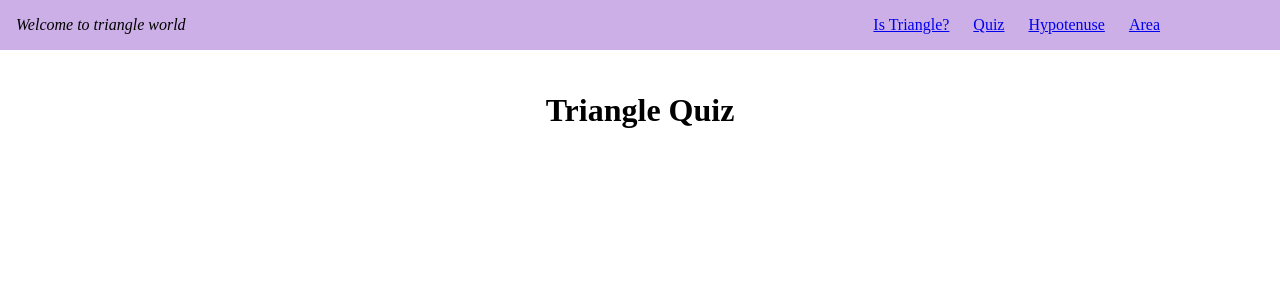
Repository: patelamancode/Fun-with-trianles
Page: quiz.html
An editor plug-in stored every save of this project. The page is shown before and after the next save, followed by the edit.
The browser window is 1280 px wide. The pictures show the whole page.

Above is the page before, as saved 2022-11-28 18:36:36.
Console error: TypeError: Cannot read properties of null (reading 'addEventListener')

### quiz.html
<!DOCTYPE html>
<html lang="en">
<head>
    <meta charset="UTF-8">
    <meta http-equiv="X-UA-Compatible" content="IE=edge">
    <meta name="viewport" content="width=device-width, initial-scale=1.0">
    <link rel="stylesheet" href="index.css">
    <title>Quiz-page</title>
</head>
<body>
    <nav id="navbar">
        <p id="nav-title">Welcome to triangle world</p>
        <div id="nav-links">
            <a href="index.html" id="Is-triangle">Is Triangle?</a>
            <a href="quiz.html" id="Is-triangle">Quiz</a>
            <a href="hypotenuse.html" id="hypo">Hypotenuse</a>
            <a href="area.html" id="area">Area</a>
        </div>
    </nav>
    <div id="main-container">
        <h1>Triangle Quiz</h1>
        <form action="">

        </form>
    </div>
    <script src="index.js"></script>
</body>
</html>

### index.css
* {
  margin: 0;
  padding: 0;
}

#navbar {
  background-color: rgba(143, 82, 201, 0.459);
  display: flex;
  flex-direction: row;
  justify-content: space-between;
  padding: 1rem;
}
#nav-title {
  font-style: italic;
  font-weight: 300;
  font-size: medium;
}
#nav-links {
  display: flex;
  flex-direction: row;
  justify-content: space-around;
  margin-right: 5rem;
}

#nav-links a {
    display: flex;
    margin-right: 1.5rem;
    cursor: pointer;
}

#main-container {
  display: flex;
  flex-direction: column;
  width: 40vw;
  margin: auto;
  margin-top: 2rem;
  padding: 10px;
  text-align: center;
}

.app-title {
  margin: 2rem 0 0 0;
}

#error-check-for-angles{
  background-color: yellow;
  display: none;
  padding: 0.5rem;
}

label {
  margin-top: 2rem;
  margin-bottom: 0.3rem;
  text-align: left;
  font-family: monospace;
}
input {
  border: 2px solid rgb(134, 55, 207);
  border-radius: 5px;
  padding: 5px;
}
#check-btn {
  margin: auto;
  text-align: center;
  margin-top: 2rem;
  width: 40%;
  padding: 5px 0px;
  background-color: rgba(143, 82, 201, 0.521);
  border: 1px solid;
  border-radius: 5px;
}
#result-display {
    display: none;
    padding-top: 1rem;
    font-style: italic;
    margin: auto;
  }

### index.js
const angle1 = document.querySelector('#angle1-input');
const angle2 = document.querySelector('#angle2-input');
const angle3 = document.querySelector('#angle3-input');
const button = document.querySelector('#check-btn');
const output = document.querySelector('#result-display');
const errorForInputs = document.querySelector('#error-check-for-angles');

// function errorForInputs(msg){
//     errorForInputs.style.display = "flex";
//     errorForInputs.innerText = msg;
// }
function showOutputMessage(msg){
    output.style.display = "flex";
    output.innerText = msg;
}
// For Is triangle :
function calculateSumOfAngles(input1,input2,input3){
    const sumOfAngles = input1 +input2 +input3;
    if(sumOfAngles === 180){
        showOutputMessage("Yeah..🤗This is a triangle");
    }else {
        showOutputMessage("Please enter some valid inputs to form a triangle 🤪");
    }
}
function isTriangle(){
    var num1 = Number(angle1.value);
    var num2 = Number(angle2.value);
    var num3 = Number(angle3.value);
    if(!num1 || !num2 || !num3){
        console.log("Please make sure about all inputs as per mention format");
    }else {
        calculateSumOfAngles(num1,num3,num3);
    }
}

// For Quiz :





button.addEventListener('click', function(){
    isTriangle();
})

After the next save:
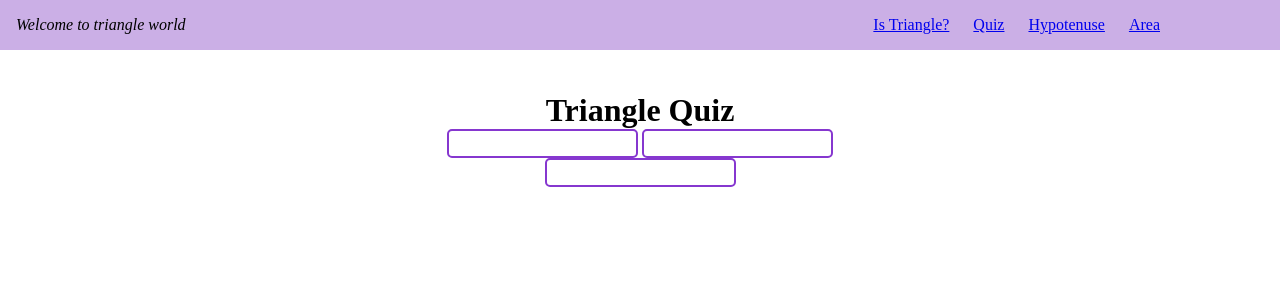
Saved 15 min 47 s later.
--- a/quiz.html
+++ b/quiz.html
@@ -19,8 +19,13 @@
     </nav>
     <div id="main-container">
         <h1>Triangle Quiz</h1>
-        <form action="">
-
+        <form >
+            <div>
+                <p></p>
+                <input type="text">
+                <input type="text">
+                <input type="text">
+            </div>
         </form>
     </div>
     <script src="index.js"></script>
